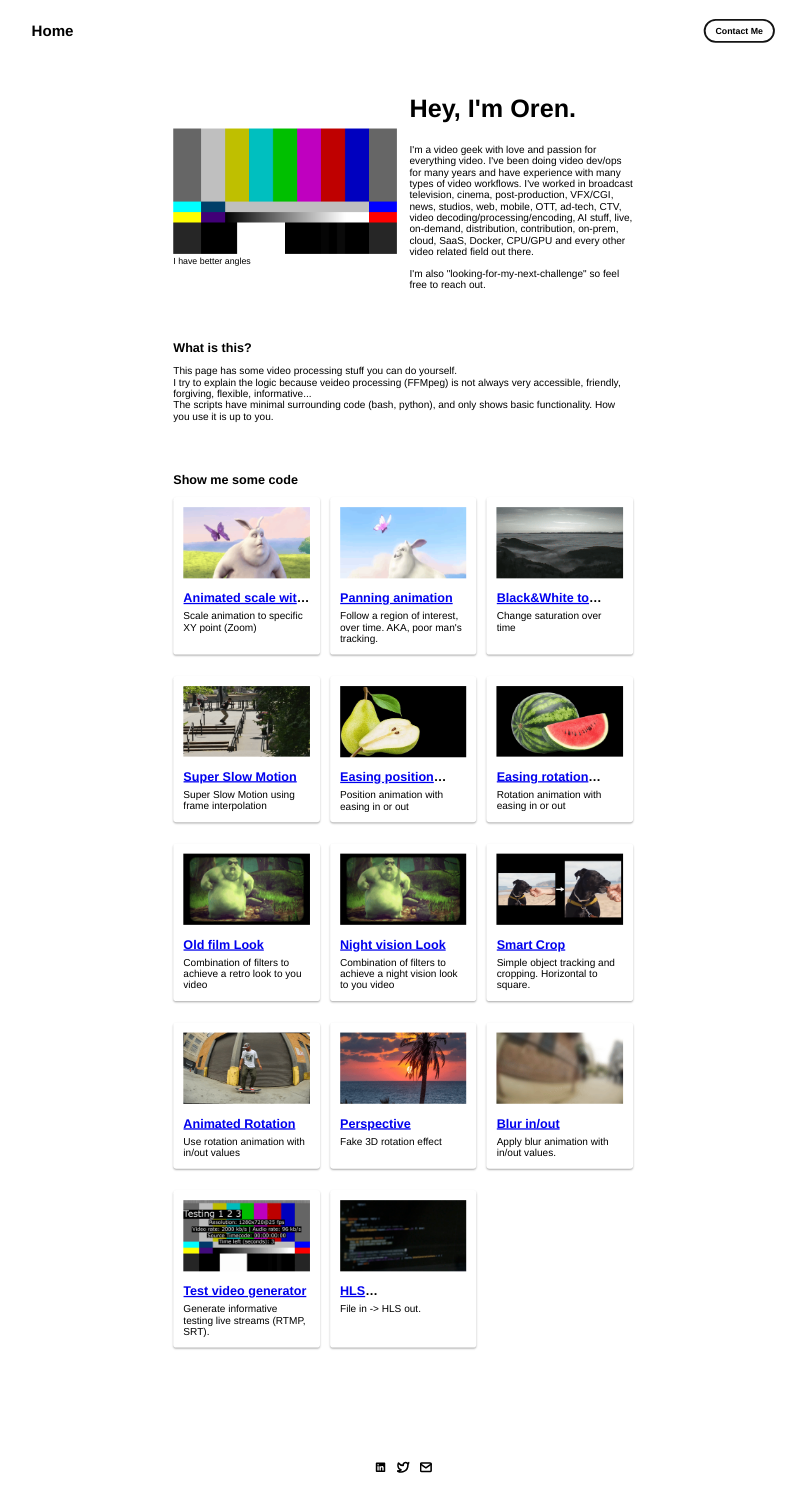
Repository: OrenShalmy/orenshalmy.github.io
Page: index.html
An editor plug-in stored every save of this project. The page is shown before and after the next save, followed by the edit.
The browser window is 1280 px wide. The pictures show the whole page, at 63% of full size.

Above is the page before, as saved 2024-09-17 15:11:58.

### index.html
<!DOCTYPE html>
<html lang="en">
  <head>
    <meta charset="utf-8" />
    <link rel="icon" href="assets/media/SMPTE-s.png" />
    <title>Oren Shalmy</title>
    <meta name="description" content="Usefull FFmpeg code" />
    <meta name="viewport" content="width=device-width, initial-scale=1" />

    <link rel="stylesheet" href="./css/layout.css" />
    <link rel="stylesheet" href="./css/typography.css" />
    <link rel="stylesheet" href="./css/utilities.css" />

    <script defer src="./js/script.js"></script>
  </head>
  <body>
    <!-- NAVBAR -->
    <div class="navbar">
      <a class="nav-title-link" href="./index.html">
        <span class="nav-title">Home</span>
        <a class="button" href="mailto:orenshalmy@gmail.com">
          <span class="button-text">Contact Me</span>
        </a>
      </a>
    </div>

    <!-- MAIN PAGE CONTENT -->
    <div id="main-content">
      <!-- PORTFOLIO HEADER -->
      <div id="portfolio-header">
        <div id="portfolio-header-image-container">
          <img src="assets/media/SMPTE.png" class="portfolio-header-image" />
          <a class="no-underline" target="_blank">
            <span class="image-caption">I have better angles</span>
          </a>
        </div>

        <div id="portfolio-header-text-container">
          <div class="header-text">
            <span class="main-title">Hey, I'm Oren.</span>
          </div>
          <div class="body-text">
            I'm a video geek with love and passion for everything video. I've been doing video dev/ops for many years and have experience with many types of video workflows. I've worked in broadcast television, cinema, post-production, VFX/CGI, news, studios, web, mobile, OTT, ad-tech, CTV, video decoding/processing/encoding, AI stuff, live, on-demand, distribution, contribution, on-prem, cloud, SaaS, Docker, CPU/GPU and every other video related field out there.
            <p>
              I'm also "looking-for-my-next-challenge" so feel free to reach out.
            </p>
          </div>
        </div>
      </div>

      <!-- ABOUT SECTION -->
      <div id="about-section">
        <span class="subheader-text">What is this?</span>
        <div class="about-section-content">
          <div class="body-text">
            This page has some video processing stuff you can do yourself.<br />
            I try to explain the logic because veideo processing (FFMpeg) is not always very accessible, friendly, forgiving, flexible, informative...<br />
            The scripts have minimal surrounding code (bash, python), and only shows basic functionality. How you use it is up to you.
            <p></p>
          </div>
        </div>
      </div>

      <!-- MY WORK SECTION -->
      <div id="my-work-section">
        <span class="subheader-text">Show me some code</span>

        <div class="projects-container">
          <div class="project-card">
            <img src="assets/media/anim-scale.gif" />
            <div class="project-card-text-container">
              <div class="subheader-text project-title">
                <a href="project-pages/animscale.html"
                  >Animated scale with zooming</a
                >
              </div>
              <div class="body-text project-card-text">
                Scale animation to specific XY point (Zoom)
              </div>
            </div>
          </div>

          <div class="project-card">
            <img src="assets/media/track.gif" />
            <div class="project-card-text-container">
              <div class="subheader-text project-title">
                <a href="project-pages/pan.html">Panning animation</a>
              </div>
              <div class="body-text project-card-text">
                Follow a region of interest, over time. AKA, poor man's
                tracking.
              </div>
            </div>
          </div>

          <div class="project-card">
            <img src="assets/media/eq.gif" />
            <div class="project-card-text-container">
              <div class="subheader-text project-title">
                <a href="project-pages/saturation.html">Black&White to color</a>
              </div>
              <div class="body-text project-card-text">
                Change saturation over time
              </div>
            </div>
          </div>

          <div class="project-card">
            <img src="assets/media/ssm.gif" />
            <div class="project-card-text-container">
              <div class="subheader-text project-title">
                <a href="project-pages/superslowmo.html">Super Slow Motion</a>
              </div>
              <div class="body-text project-card-text">
                Super Slow Motion using frame interpolation
              </div>
            </div>
          </div>

          <div class="project-card">
            <img src="assets/media/ease_pos.gif" />
            <div class="project-card-text-container">
              <div class="subheader-text project-title">
                <a href="project-pages/ease_position.html"
                  >Easing position animation</a
                >
              </div>
              <div class="body-text project-card-text">
                Position animation with easing in or out
              </div>
            </div>
          </div>

          <div class="project-card">
            <img src="assets/media/ease_rot.gif" />
            <div class="project-card-text-container">
              <div class="subheader-text project-title">
                <a href="project-pages/ease_rotation.html"
                  >Easing rotation animation</a
                >
              </div>
              <div class="body-text project-card-text">
                Rotation animation with easing in or out
              </div>
            </div>
          </div>

          <div class="project-card">
            <img src="assets/media/retro.gif" />
            <div class="project-card-text-container">
              <div class="subheader-text project-title">
                <a href="project-pages/retro.html">Old film Look</a>
              </div>
              <div class="body-text project-card-text">
                Combination of filters to achieve a retro look to you video
              </div>
            </div>
          </div>

          <div class="project-card">
            <img src="assets/media/retro.gif" />
            <div class="project-card-text-container">
              <div class="subheader-text project-title">
                <a href="project-pages/retro.html">Night vision Look</a>
              </div>
              <div class="body-text project-card-text">
                Combination of filters to achieve a night vision look to you video
              </div>
            </div>
          </div>

          <div class="project-card">
            <img src="assets/media/smartcrop.gif" />
            <div class="project-card-text-container">
              <div class="subheader-text project-title">
                <a href="project-pages/smartcrop.html">Smart Crop</a>
              </div>
              <div class="body-text project-card-text">
                Simple object tracking and cropping. Horizontal to square.
              </div>
            </div>
          </div>

          <div class="project-card">
            <img src="assets/media/rotation.gif" />
            <div class="project-card-text-container">
              <div class="subheader-text project-title">
                <a href="project-pages/animatedrotate.html"
                  >Animated Rotation</a
                >
              </div>
              <div class="body-text project-card-text">
                Use rotation animation with in/out values
              </div>
            </div>
          </div>

          <div class="project-card">
            <img src="assets/media/skew.gif" />
            <div class="project-card-text-container">
              <div class="subheader-text project-title">
                <a href="project-pages/skew.html">Perspective</a>
              </div>
              <div class="body-text project-card-text">
                Fake 3D rotation effect
              </div>
            </div>
          </div>

          <div class="project-card">
            <img src="assets/media/blur.gif" />
            <div class="project-card-text-container">
              <div class="subheader-text project-title">
                <a href="project-pages/blur.html">Blur in/out</a>
              </div>
              <div class="body-text project-card-text">
                Apply blur animation with in/out values.
              </div>
            </div>
          </div>

          <div class="project-card">
            <img src="assets/media/testpattern.gif" />
            <div class="project-card-text-container">
              <div class="subheader-text project-title">
                <a href="project-pages/testpattern.html"
                  >Test video generator</a
                >
              </div>
              <div class="body-text project-card-text">
                Generate informative testing live streams (RTMP, SRT).
              </div>
            </div>
          </div>

          <div class="project-card">
            <img src="assets/media/hls.gif" />
            <div class="project-card-text-container">
              <div class="subheader-text project-title">
                <a href="project-pages/hls.html">HLS transcoder/packager</a>
              </div>
              <div class="body-text project-card-text">File in -> HLS out.</div>
            </div>
          </div>

          <!-- <div class="project-card">
          <img src="assets/media/zoomscene.gif">
          <div class="project-card-text-container">
              <div class="subheader-text project-title"><a href="project-pages/zoomscene.html">Zoom scene</a></div>
              <div class="body-text project-card-text">play - zoom-in - pause - zoom-out - play.</div>
          </div>
      </div> -->
        </div>
      </div>
    </div>

    <!-- FOOTER -->
    <div id="footer">
      <a
        class="icon-link"
        target="_blank"
        href="https://www.linkedin.com/in/orenshalmy/"
      >
        <image src="../assets/icons/LinkedIn.svg" class="footer-icon" />
      </a>
      <a
        class="icon-link"
        target="_blank"
        href="https://twitter.com/orenshalmy"
      >
        <image src="../assets/icons/twitter.svg" class="footer-icon" />
      </a>
      <a class="icon-link" href="mailto:orenshalmy@gmail.com">
        <image src="../assets/icons/mail.svg" class="footer-icon" />
      </a>
    </div>
  </body>
</html>

### css/layout.css
* {
  box-sizing: border-box;
}

html {
  text-size-adjust: none;
  -webkit-text-size-adjust: none;
  -moz-text-size-adjust: none;
  -ms-text-size-adjust: none;
}

body {
  margin: 0;
  -webkit-font-smoothing: antialiased;
  -moz-osx-font-smoothing: grayscale;
}


/* Main Page Layout */

#main-content {
  margin: 100px 325px;
  display: flex;
  flex-direction: column;
  gap: 64px;
}

/* Portfolio Header */

#portfolio-header {
  display: flex;
  gap: 20px;
  align-items: center;
}

#portfolio-header-image-container {
  display: flex;
  flex-direction: column;
  gap: 2px;
  flex-basis: 50%;
}

.portfolio-header-image {
  width: 100%;
  height: auto;
}

#portfolio-header-text-container {
  display: flex;
  flex-direction: column;
  gap: 34px;
  flex-basis: 50%;
}


/* About Section */

#about-section {
  display: flex;
  flex-direction: column;
  gap: 16px;
}

.about-section-content {
  display: flex;
  flex-direction: column;
  gap: 34px;
}


/* Project Section */

#my-work-section {
  display: flex;
  flex-direction: column;
  gap: 16px;
}

.projects-container {
  display: flex;
  gap: 34px 16px;
  flex-wrap: wrap;
}

    /* Project Cards */

    /* .project-card {
      max-width: calc((100% - 32px) / 3);
      display: flex;
      flex-direction: column;
      gap: 20px;
    } */

    .project-card {
      max-width: calc((100% - 32px) / 3);
      display: flex;
      flex-direction: column;
      gap: 20px;
      border-radius: 5px; /* Add rounded corners */
      box-shadow: 0px 2px 3px rgba(0, 0, 0, 0.3); /* Add drop shadow */
      overflow: hidden; /* Clip content to fit within the rounded corners */
      padding: 16px; /* Add padding to create space around the text */
      /* cursor: pointer; */
    }

    .project-card-text-container {
      display: flex;
      flex-direction: column;
      gap: 8px; /* Adjust the gap value to control spacing between text elements */
    }

    .project-image {
      width: 100%;
      height: 200px;
      object-fit: cover;
      object-position: center;
    }




/* Project Pages */

#project-header {
  display: flex;
  flex-direction: column;
  gap: 16px;
}

.project-header-image {
  width: 100%;
  height: auto;
}

#project-details {
  display: flex;
  flex-direction: column;
  /*gap: 10px;*/
}

.project-details-content {
  display: flex;
  flex-direction: column;
  /*gap: 34px;*/
}

    /* Project Gallery */

    #project-gallery {
      display: flex;
      flex-direction: column;
      gap: 16px;
    }

    .project-gallery-content {
      display: flex;
      flex-wrap: wrap;
      gap: 34px 16px;
    }

    .gallery-image-container {
      width: 100%;
      display: flex;
      flex-direction: column;
      gap: 10px;
    }

    .gallery-image-container.half-width {
      width: calc((100% - 16px) / 2);
    }

    .gallery-image {
      width: 100%;
      height: auto;
    }


/* Extra Extra large devices (large laptops and desktops, 1200px and below) */
@media only screen and (max-width: 1600px) {
  #main-content {
    margin: 150px 275px;
  }
}

/* Extra large devices (large laptops and desktops, 1200px and below) */
@media only screen and (max-width: 1200px) {
  #main-content {
    margin: 150px 175px;
  }
}

/* Large devices (laptops/desktops, 1000px and below) */
@media only screen and (max-width: 1000px) {
  #main-content {
    margin: 150px 75px;
  }
}

/* Small devices (portrait tablets and large phones, 800px and below) */
@media only screen and (max-width: 800px) {
  #main-content {
    margin: 150px 50px;
  }

  #portfolio-header {
    flex-direction: column;
  }

  .project-card {
    max-width: calc((100% - 16px) / 2);
  }
}

/* Small devices (portrait tablets and large phones, 600px and below) */
@media only screen and (max-width: 600px) {
  #main-content {
    margin: 125px 20px;
  }

  .project-card {
    max-width: 100%;
  }
}

/* highlight JS Line Numbers */
.hljs-ln-numbers {
  -webkit-touch-callout: none;
  -webkit-user-select: none;
  -khtml-user-select: none;
  -moz-user-select: none;
  -ms-user-select: none;
  user-select: none;

  text-align: center;
  color: #ccc;
  border-right: 1px solid #CCC;
  vertical-align: top;
  padding-right: 5px;

  /* your custom style here */
}

/* for block of code */
.hljs-ln-code {
  padding-left: 10px;
}

### css/typography.css
body {
  font-family: "Helvetica Neue", Helvetica, Arial, sans-serif;
}

.nav-title {
  font-weight: 700;
  font-size: 24px;
}

.button-text {
  font-size: 14px;
  font-weight: 700;
}

.image-caption {
  font-size: 14px;
  font-weight: 500;
}

.main-title {
  font-size: 40px;
  font-weight: 700;
}

.subheader-text {
  font-size: 20px;
  font-weight: 700;
}

.body-text {
  font-size: 16px;
  font-weight: 500;
}

.on-line-text {
  font-size: 16px;
  font-weight: bold;
}

.project-card-text {
  overflow: hidden;
  text-overflow: ellipsis;
  display: -webkit-box;
  -webkit-line-clamp: 4;
  -webkit-box-orient: vertical;
}

.project-title {
  overflow: hidden;
  text-overflow: ellipsis;
  display: -webkit-box;
  -webkit-line-clamp: 1;
  -webkit-box-orient: vertical;
}

### css/utilities.css

/* Icons */

.right-arrow-icon {
  width: 16px;
  height: 16px;
  margin-top: 1px;
}

.footer-icon {
  width: 20px;
  height: 20px;
}

a.icon-link {
  transition: transform 200ms ease-in-out;
}

a.icon-link:hover {
  cursor: pointer;
  stroke-width: 5;
  margin: 0;
  transform: rotate(15deg);
}


/* Navbar Styling */

.navbar {
  width: 100%;
  padding: 30px 50px;
  display: flex;
  justify-content: space-between;
  align-items: center;
  position: fixed;
  top: 0;
  left: 0;
}

.nav-title-link {
  color: black;
  text-decoration: none;
}

.nav-title-link:hover {
  text-decoration: underline;
}

/* Small devices (portrait tablets and large phones, 800px and below) */
@media only screen and (max-width: 800px) {
  .navbar {
    padding: 20px 20px;
    background-color: white
  }
}


/* Button Styling */

a.button {
  padding: 8px 16px;
  border: 3px solid #141414;
  border-radius: 50px;
  color: black;
  text-decoration: none;
  width: fit-content;
  display: flex;
  gap: 5px;
  align-items: center;
}

a.button:hover {
  text-decoration: underline;
  text-decoration-thickness: 2px;
  cursor: pointer;
}


/* Footer Styling */

#footer {
  width: 100%;
  display: flex;
  padding: 30px 50px;
  justify-content: center;
  align-items: center;
  gap: 16px;
}

/* Link Styling */
a.no-underline {
  text-decoration: none;
  color: black
}

a.no-underline:hover {
  text-decoration: underline;
  cursor: pointer;
}

/* Small devices (portrait tablets and large phones, 800px and below) */
@media only screen and (max-width: 800px) {
  #footer {
    padding: 20px 20px;
  }
}

Loaded but not shown: js/script.js (common file)

After the next save:
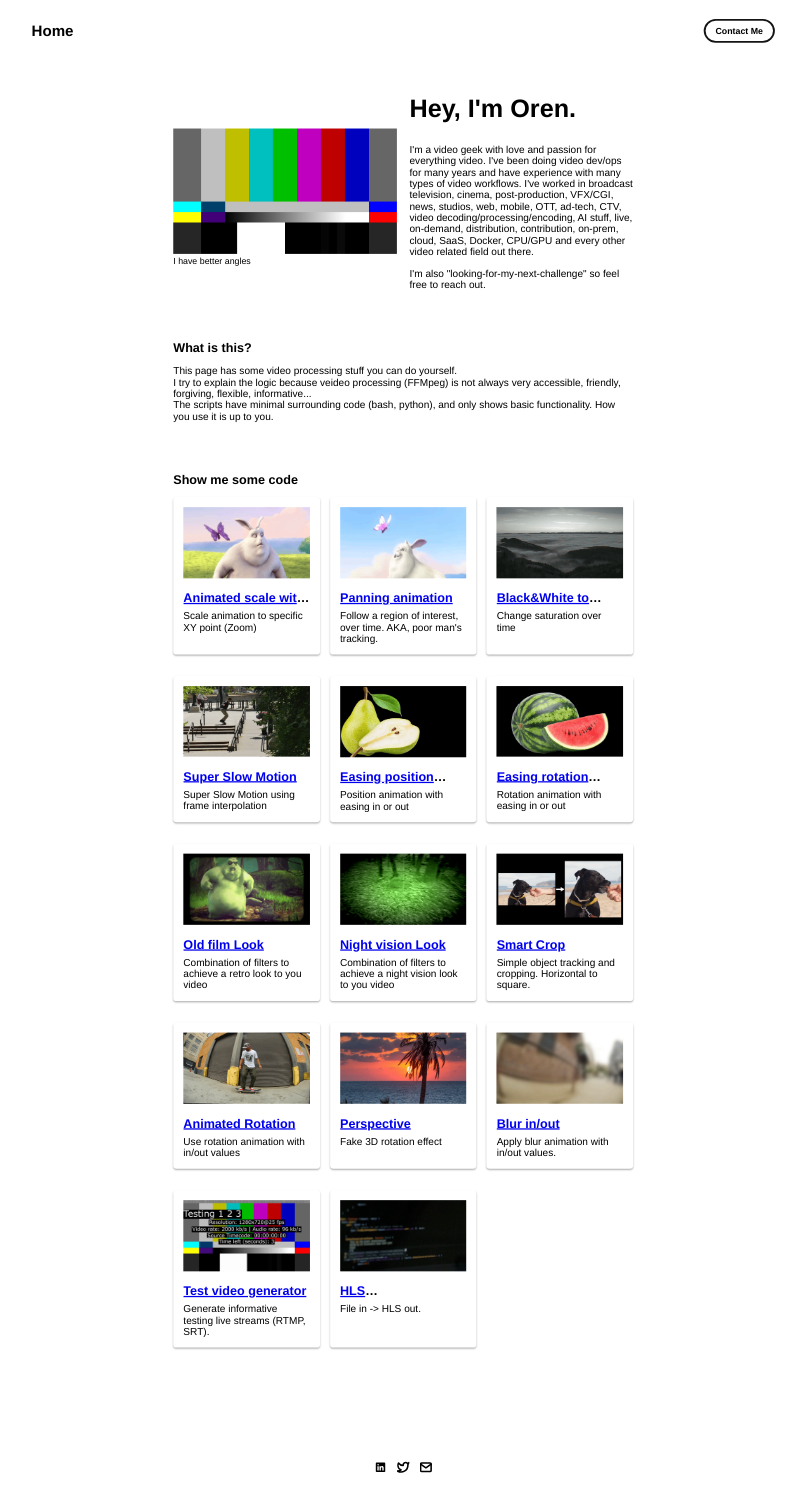
Saved 14 s later.
--- a/index.html
+++ b/index.html
@@ -158,7 +158,7 @@
           </div>
 
           <div class="project-card">
-            <img src="assets/media/retro.gif" />
+            <img src="assets/media/nv.gif" />
             <div class="project-card-text-container">
               <div class="subheader-text project-title">
                 <a href="project-pages/retro.html">Night vision Look</a>
